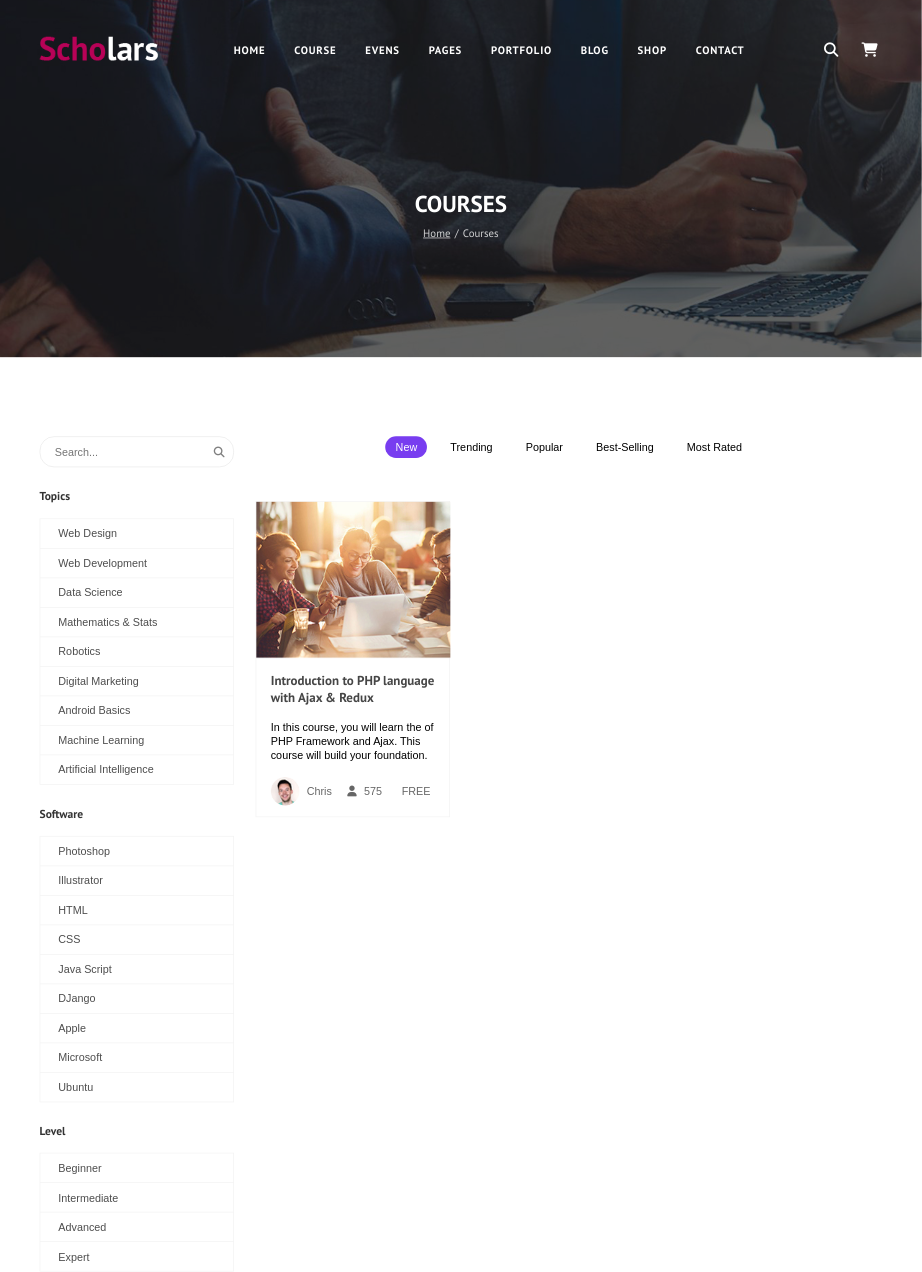
Repository: lannguyen1301/f8-zoom-day-7
Page: index.html
The author's editor kept a copy of each file at every save. The page is drawn from the files as they stood at one save, then again after the next save.
The browser window is 1280 px wide. The pictures show the whole page, at 72% of full size.
Some web fonts or font styles are not loaded; a fallback is used.

Above is the page before, as saved 2025-04-25 12:52:59.

After the next save:
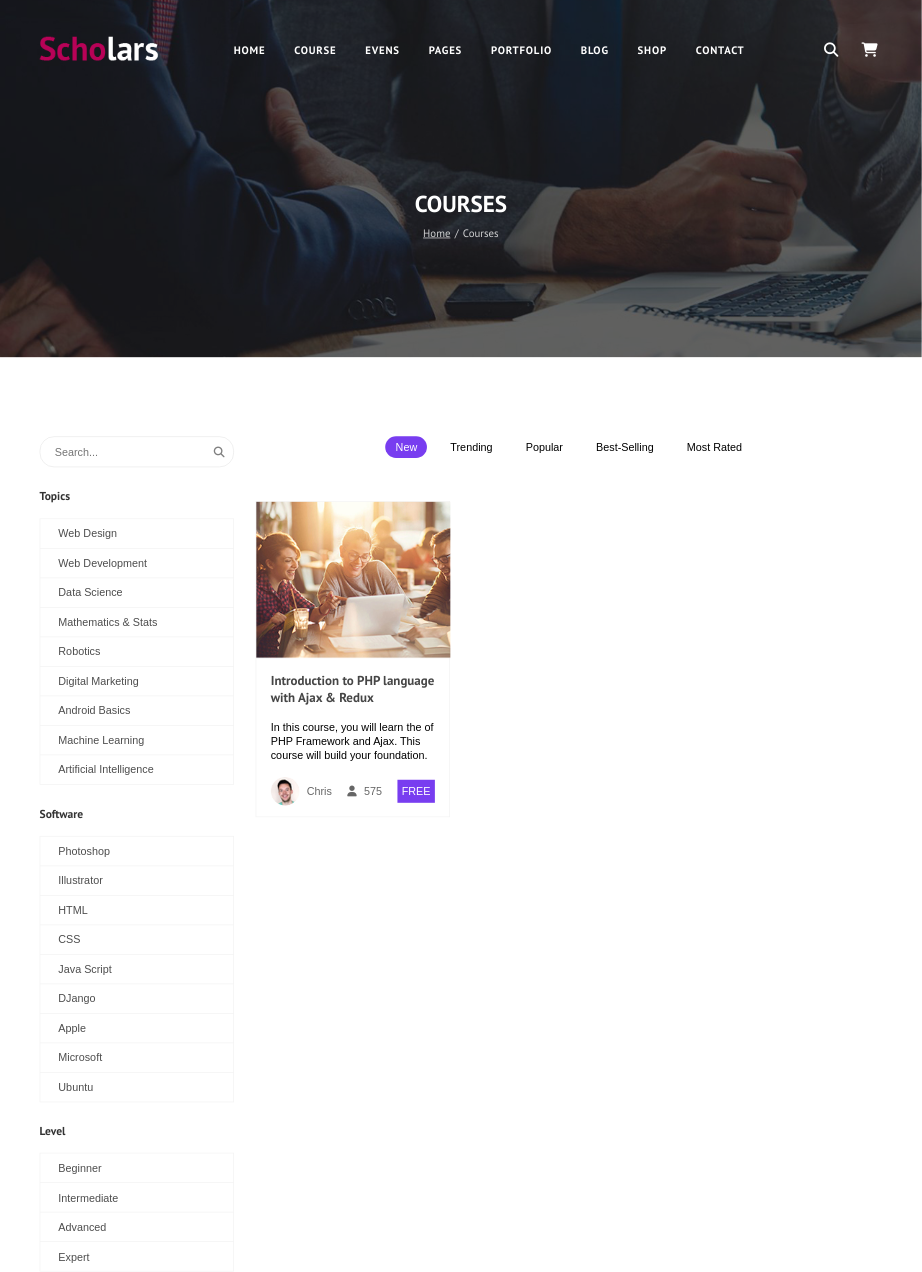
Saved 58 s later.
--- a/assets/css/style.css
+++ b/assets/css/style.css
@@ -315,5 +315,8 @@ ul.menu li + li {
 }
 
 .courses-item .course-btn {
+    height: 32px;
+    background: var(--secondary);
+    color: var(--white);
     min-width: ;
 }
